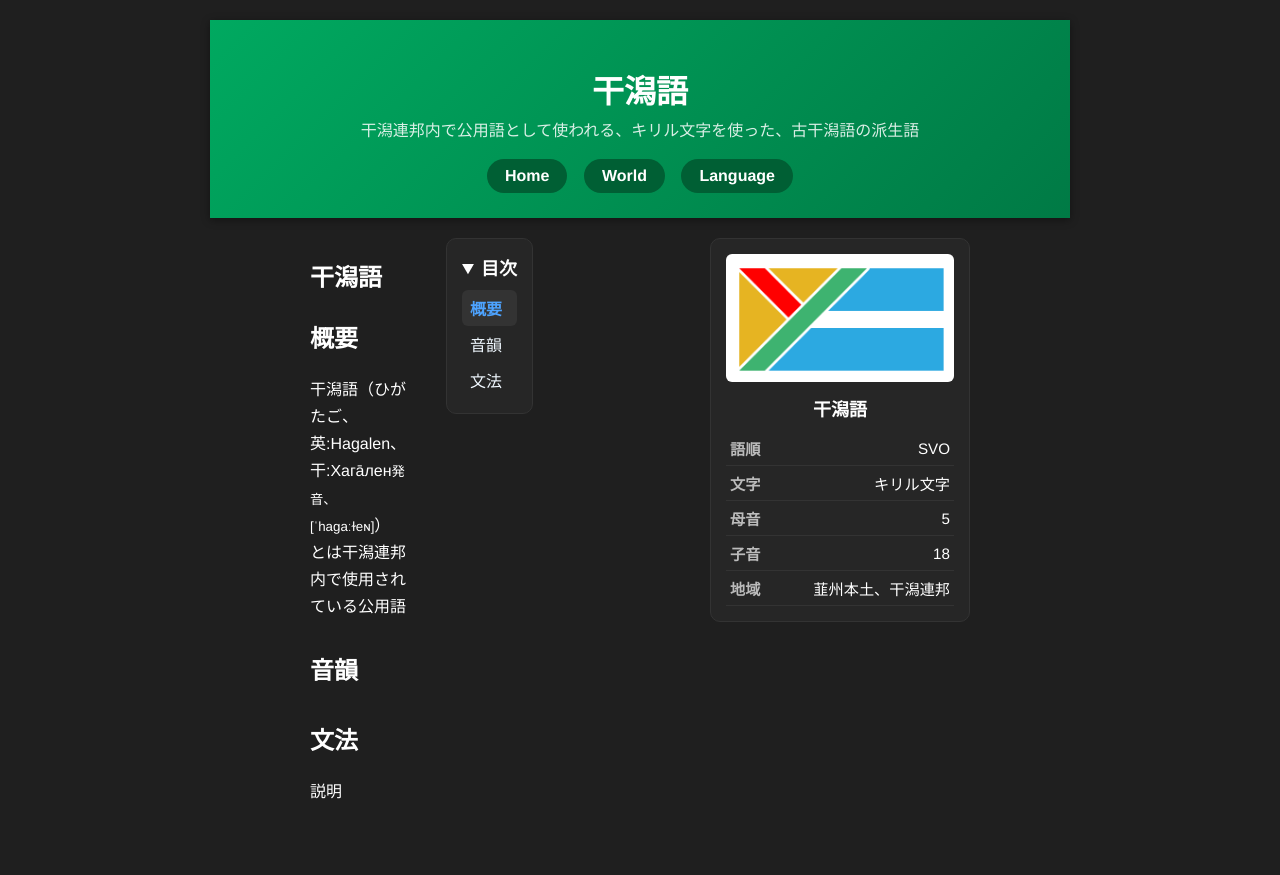
Repository: Player5270-antake/Player5270-antake.github.io
Page: language/hagalen/index.html
An editor plug-in stored every save of this project. The page is shown before and after the next save, followed by the edit.
The browser window is 1280 px wide. The pictures show the whole page.

Above is the page before, as saved 2026-03-08 16:56:14.

After the next save:
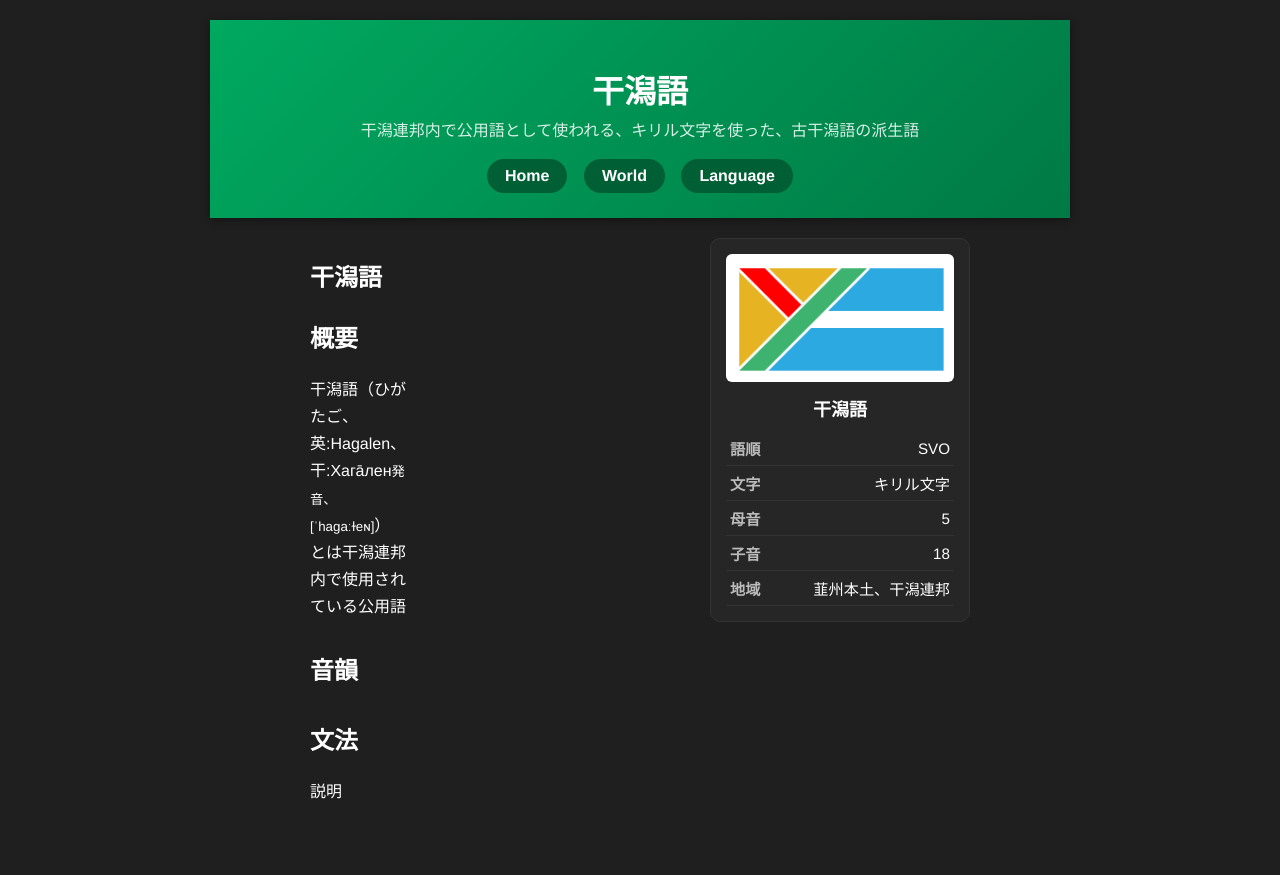
Saved 22 s later.
--- a/css/style.css
+++ b/css/style.css
@@ -167,15 +167,14 @@ footer{
 
 /*ページ目次欄*/
 .toc{
-    position:sticky;
-    top:20px;
-    align-self:start;
+    position:fixed;
+    top:70px;
+    left:20px;
     background:#262626;
     border:1px solid #333;
     border-radius:10px;
     padding:15px;
-    width:fit-content;
-    max-width:260px;
+    display:none;
 }
 
 .toc summary{
